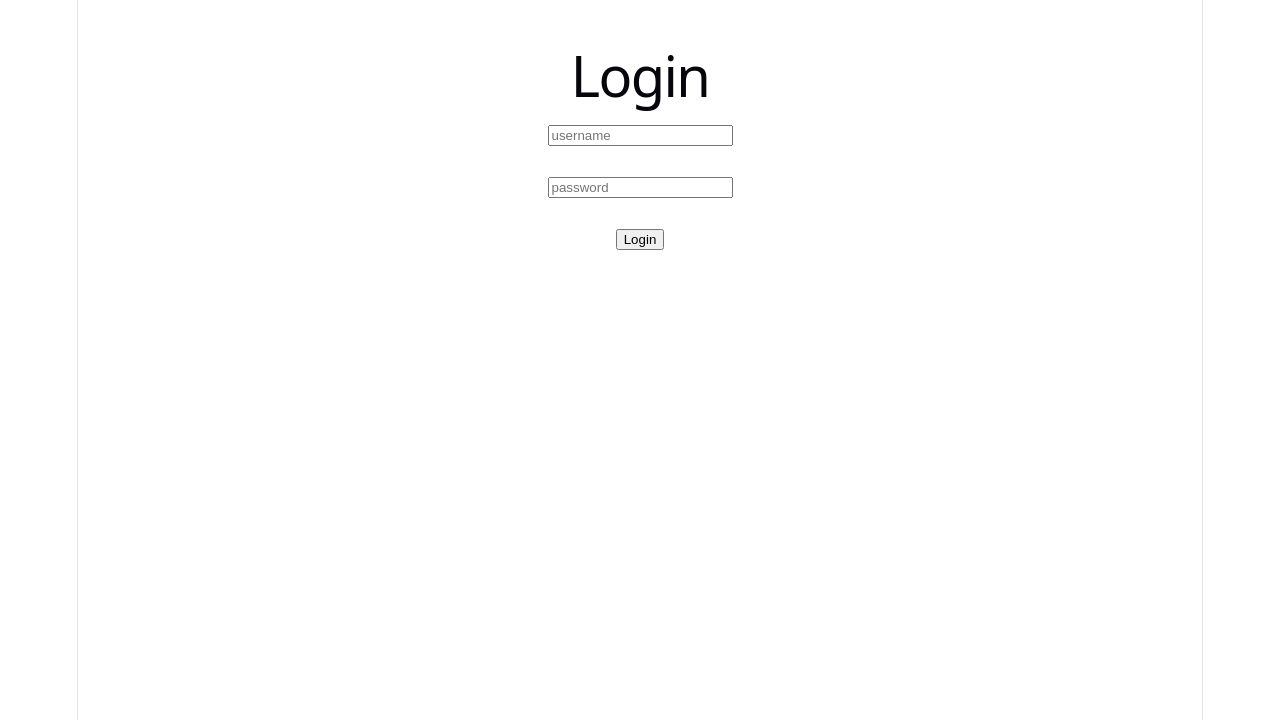
Repository: lgitacc01/timekeeping
Page: / (app in frontend/)
The author's editor kept a copy of each file at every save. The page is drawn from the files as they stood at one save, then again after the next save.
The browser window is 1280 px wide. The pictures show the whole page.
The project was rebuilt for these pictures with package versions that can differ from the ones it lists, and the page was loaded fresh each time. Also part of the build but not shown: frontend/vite.config.js, frontend/src/pages/EmployeeDashboard.jsx, frontend/src/pages/ManagerDashboard.jsx.

Above is the page before, as saved 2026-05-25 22:27:12.

After the next save:
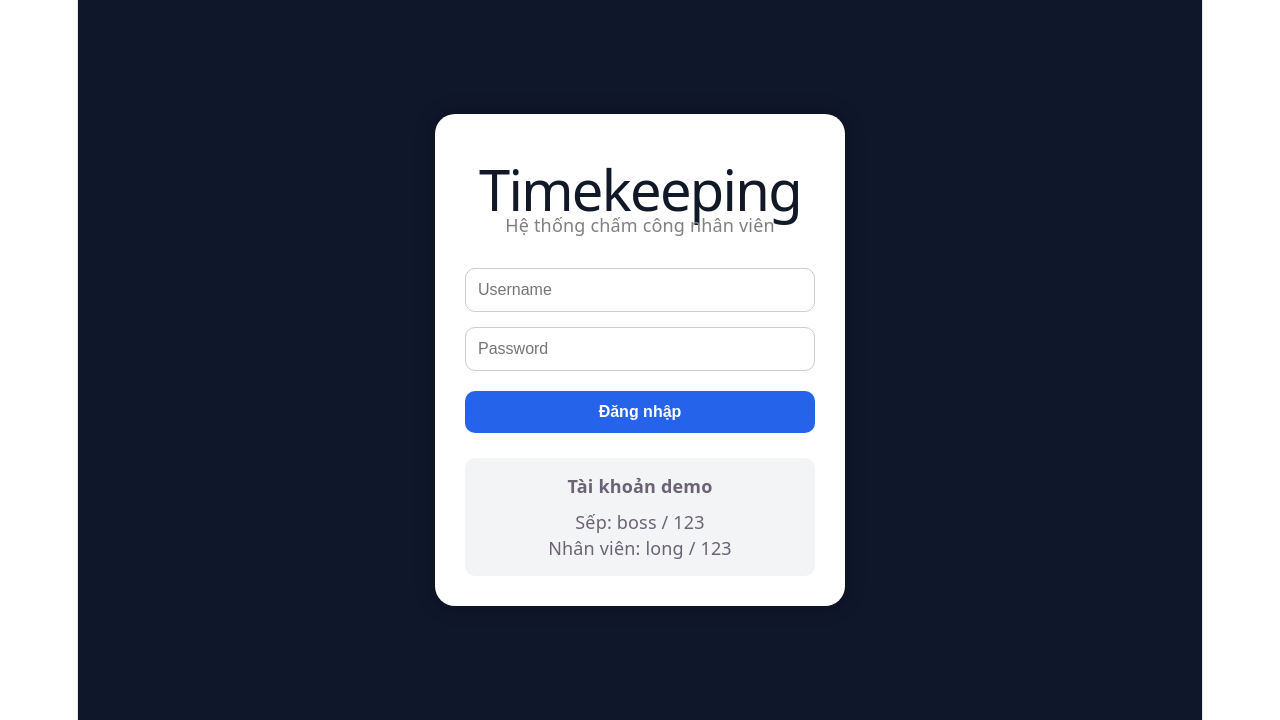
Saved 102 s later.
--- a/frontend/src/pages/Login.jsx
+++ b/frontend/src/pages/Login.jsx
@@ -42,30 +42,125 @@ function Login() {
     }
 
     return (
-        <div style={{ padding: 30 }}>
 
-            <h1>Login</h1>
+        <div
+            style={{
+                minHeight: "100vh",
+                display: "flex",
+                justifyContent: "center",
+                alignItems: "center",
+                background: "#0f172a"
+            }}
+        >
 
-            <input
-                placeholder="username"
-                value={username}
-                onChange={(e) => setUsername(e.target.value)}
-            />
+            <div
+                style={{
+                    width: 350,
+                    background: "white",
+                    padding: 30,
+                    borderRadius: 20,
+                    boxShadow: "0px 0px 20px rgba(0,0,0,0.3)"
+                }}
+            >
 
-            <br /><br />
+                <h1
+                    style={{
+                        textAlign: "center",
+                        marginBottom: 10,
+                        color: "#111827"
+                    }}
+                >
+                    Timekeeping
+                </h1>
 
-            <input
-                type="password"
-                placeholder="password"
-                value={password}
-                onChange={(e) => setPassword(e.target.value)}
-            />
+                <p
+                    style={{
+                        textAlign: "center",
+                        color: "gray",
+                        marginBottom: 30
+                    }}
+                >
+                    Hệ thống chấm công nhân viên
+                </p>
 
-            <br /><br />
+                <input
+                    placeholder="Username"
+                    value={username}
+                    onChange={(e) => setUsername(e.target.value)}
+                    style={{
+                        width: "100%",
+                        padding: 12,
+                        marginBottom: 15,
+                        borderRadius: 10,
+                        border: "1px solid #ccc",
+                        fontSize: 16,
+                        boxSizing: "border-box"
+                    }}
+                />
 
-            <button onClick={handleLogin}>
-                Login
-            </button>
+                <input
+                    type="password"
+                    placeholder="Password"
+                    value={password}
+                    onChange={(e) => setPassword(e.target.value)}
+                    style={{
+                        width: "100%",
+                        padding: 12,
+                        marginBottom: 20,
+                        borderRadius: 10,
+                        border: "1px solid #ccc",
+                        fontSize: 16,
+                        boxSizing: "border-box"
+                    }}
+                />
+
+                <button
+                    onClick={handleLogin}
+                    style={{
+                        width: "100%",
+                        padding: 12,
+                        background: "#2563eb",
+                        color: "white",
+                        border: "none",
+                        borderRadius: 10,
+                        fontSize: 16,
+                        cursor: "pointer",
+                        fontWeight: "bold"
+                    }}
+                >
+                    Đăng nhập
+                </button>
+
+                <div
+                    style={{
+                        marginTop: 25,
+                        background: "#f3f4f6",
+                        padding: 15,
+                        borderRadius: 10
+                    }}
+                >
+
+                    <p
+                        style={{
+                            margin: 0,
+                            fontWeight: "bold",
+                            marginBottom: 10
+                        }}
+                    >
+                        Tài khoản demo
+                    </p>
+
+                    <p style={{ margin: 0 }}>
+                        Sếp: boss / 123
+                    </p>
+
+                    <p style={{ margin: 0 }}>
+                        Nhân viên: long / 123
+                    </p>
+
+                </div>
+
+            </div>
 
         </div>
     )
